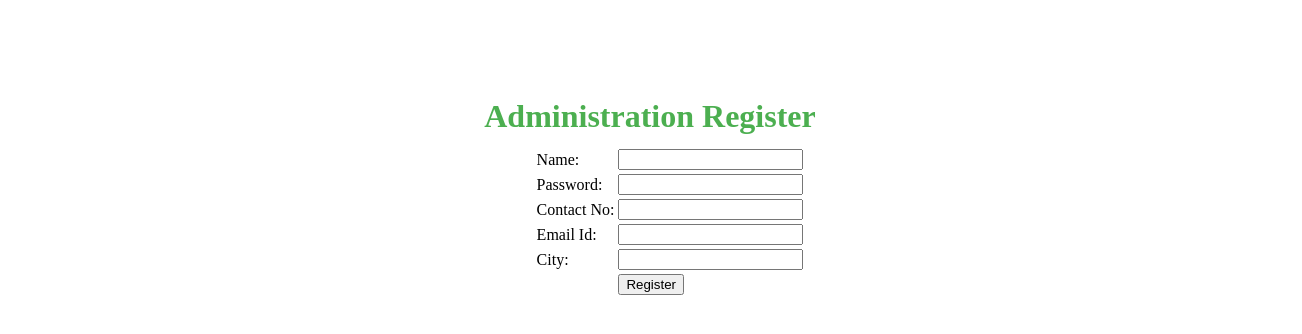
Repository: priyankagit8692/Phase_2_SimpliLearn-
Page: http://localhost/LearnerAcademyProject/AdminRegistration.jsp
These files come from the project's save history. The page is drawn as it stood at one moment and after the next save; the edit follows.
The browser window is 1280 px wide. The page is 1302 px wide, then 1282 px, so the pictures cover 1302 px, including what lies to the right of the window. The pictures show the whole page.
The page is served by Tomcat 9. Other server files are loaded and not shown.

Above is the page before, as saved 2021-03-20 15:45:29.

### FinalProjectPhase2/LearnerAcademyProject/WebContent/AdminRegistration.jsp
<%@ page contentType="text/html;charset=UTF-8" language="java" %>
<%@ taglib uri="http://java.sun.com/jsp/jstl/core" prefix="c" %>
<html>
<head>
<meta charset="ISO-8859-1">
<title>Administration Register</title>
<style type="text/css">
div {
  transform: translate(30px,80px);
}
h1{
  transform: translate(-20px,10px);
  color: #4CAF50;
}
</style>
</head>
<body>

	<div align='center'>
	   <h1>Administration Register</h1>
	   <form method="post" action="adminRegister">
	   		<table>
	   			<tr>
	   			<td>Name:</td>
	   			<td><input type="text" name="adminName"></td>
	   			</tr>
	   			<tr>
	   			<td>Password:</td>
	   			<td><input type="password" name="adminPassword"></td>
	   			</tr>
	   			<tr>
	   			<td>Contact No:</td>
	   			<td><input type="text" name="adminContact"></td>
	   			</tr>
	   			<tr>
	   			<td>Email Id:</td>
	   			<td><input type="text" name="adminEmail"></td>
	   			</tr>
	   			<tr>
	   			<td>City:</td>
	   			<td><input type="text" name="adminCity"></td>
	   			</tr>
	   			<tr>
                <td></td>
                <td>
                    <button type="submit">Register</button>
                </td>
               </tr>
        </table>
        <c:if test="${not empty msg}">
            <c:out value="${msg}"/>
        </c:if>
	   		</table>
	   </form>
	</div>
</body>
</html>

After the next save:
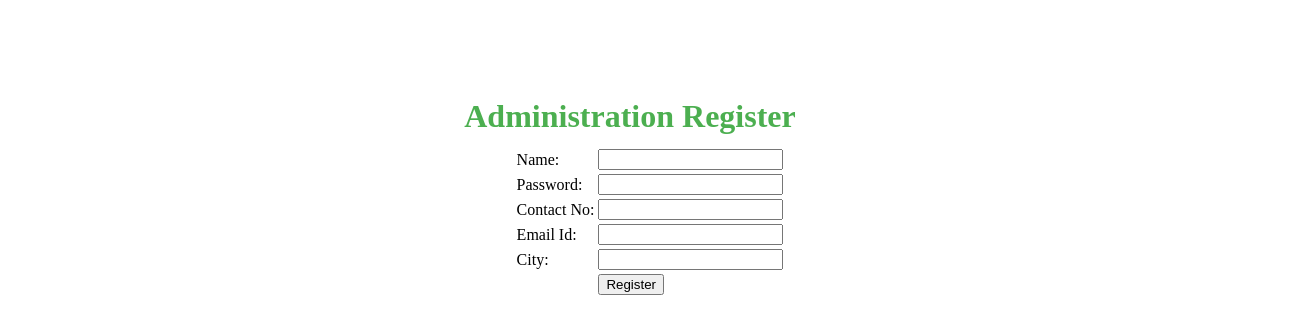
Saved 12 s later.
--- a/FinalProjectPhase2/LearnerAcademyProject/WebContent/AdminRegistration.jsp
+++ b/FinalProjectPhase2/LearnerAcademyProject/WebContent/AdminRegistration.jsp
@@ -6,7 +6,7 @@
 <title>Administration Register</title>
 <style type="text/css">
 div {
-  transform: translate(30px,80px);
+  transform: translate(10px,80px);
 }
 h1{
   transform: translate(-20px,10px);
